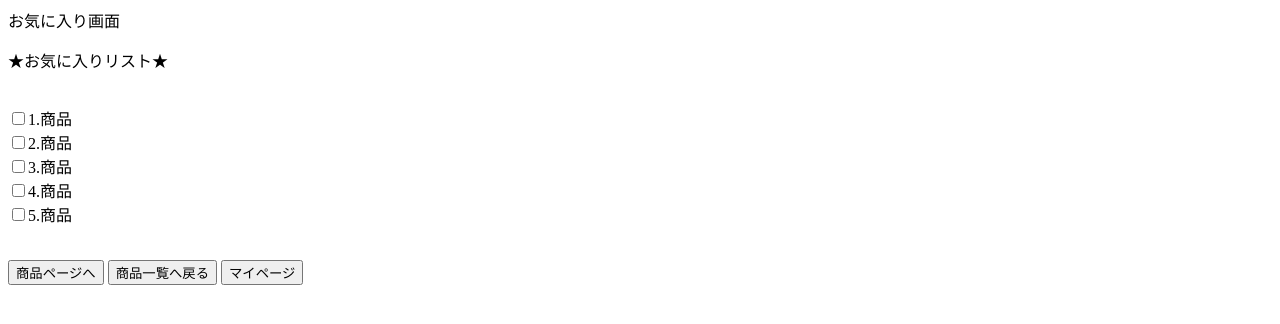
Repository: nathox/backup
Page: http://localhost/Favorite/
These files come from the project's save history. The page is drawn as it stood at one moment and after the next save; the edit follows.
The browser window is 1280 px wide. The pictures show the whole page.
The page is served by Tomcat 9. Other server files are loaded and not shown.

Above is the page before, as saved 2018-02-06 02:18:14.

### Favorite/WebContent/a.jsp
<%@ page language="java" contentType="text/html; charset=UTF-8"
    pageEncoding="UTF-8"%>
<!DOCTYPE html PUBLIC "-//W3C//DTD HTML 4.01 Transitional//EN" "http://www.w3.org/TR/html4/loose.dtd">
<html>
<head>
<meta http-equiv="Content-Type" content="text/html; charset=UTF-8">
<title>Insert title here</title>
</head>
<body>



<form name="frmMove">
<script language=javascript>
function obakasannemou(){
objChk = frmMove.chkMove //チェックボックスオブジェクトを参照
str = ""; //チェック内容を代入する変数
for(i = 0 ; i < objChk.length;i++){
if(objChk[i].checked) str += objChk[i].value
}
switch(str){
case "1":
location.href="https://www.yahoo.co.jp/";
break;
case "2":
location.href="https://www.google.co.jp";
break;

case "3":
location.href="https://www.biglobe.ne.jp/";
break;

case "4":
location.href="https://www.goo.ne.jp/";
break;

case "5":
location.href="https://www.google.co.jp/maps";
break;


}
}
</script>

お気に入り画面
<p>
★お気に入りリスト★
</p>

<p>
<br>
<input type="checkbox" value="1" name="chkMove">1.商品
<br><input type="checkbox" value="2" name="chkMove">2.商品
<br><input type="checkbox" value="3" name="chkMove">3.商品
<br><input type="checkbox" value="4" name="chkMove">4.商品
<br><input type="checkbox" value="5" name="chkMove">5.商品
</p>

<p>
<br><input type="button" value="商品ページへ" onclick="obakasannemou()">


<INPUT TYPE="button" VALUE="商品一覧へ戻る" onClick="location.href='https://www.yahoo.co.jp/'">

<INPUT TYPE="button" VALUE="マイページ" onClick="location.href='https://www.yahoo.co.jp/'">

</p>
</form>





</body>
</html>

After the next save:
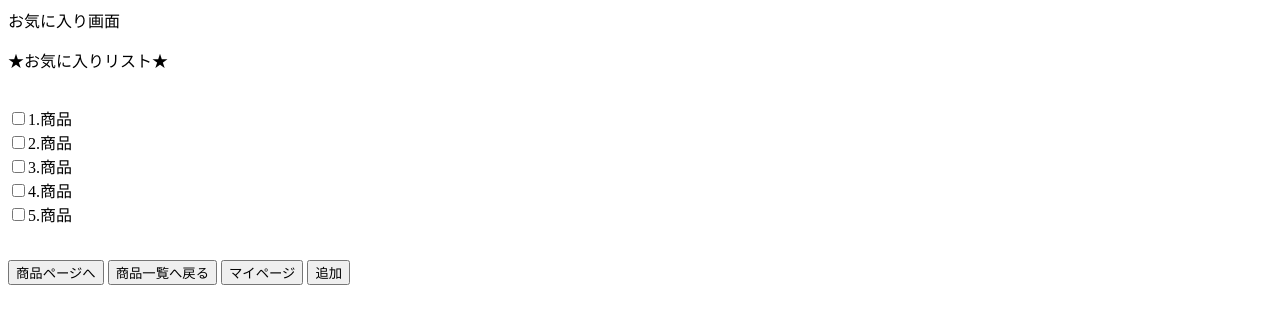
Saved 2 min 59 s later.
--- a/Favorite/WebContent/a.jsp
+++ b/Favorite/WebContent/a.jsp
@@ -65,6 +65,8 @@ break;
 
 <INPUT TYPE="button" VALUE="マイページ" onClick="location.href='https://www.yahoo.co.jp/'">
 
+<button type="button" id="add" name="sampleadd" class="btn  margin-bottom">追加</button>
+
 </p>
 </form>
 
